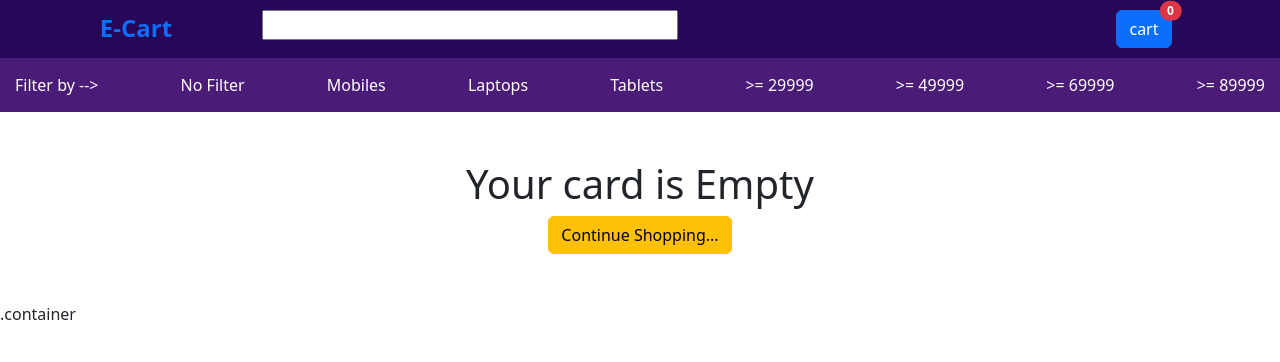
Repository: AMIT1439027/React-ECommerce-cart
Page: /cart
The author's editor kept a copy of each file at every save. The page is drawn from the files as they stood at one save, then again after a run of saves.
The browser window is 1280 px wide. The pictures show the whole page.
The project was rebuilt for these pictures with package versions that can differ from the ones it lists, and the page was loaded fresh each time. Also part of the build but not shown: vite.config.js, src/components/Product.jsx, src/components/ProductDetail.jsx, src/components/Searchitem.jsx.

Above is the page before, as saved 2024-03-14 10:46:06.

### index.html
<!doctype html>
<html lang="en">
  <head>
    <meta charset="UTF-8" />
    <link rel="icon" type="image/svg+xml" href="/vite.svg" />
    <meta name="viewport" content="width=device-width, initial-scale=1.0" />
    <title>React E-Cart</title>
    <link href="https://cdn.jsdelivr.net/npm/bootstrap@5.3.3/dist/css/bootstrap.min.css" rel="stylesheet" integrity="sha384-QWTKZyjpPEjISv5WaRU9OFeRpok6YctnYmDr5pNlyT2bRjXh0JMhjY6hW+ALEwIH" crossorigin="anonymous">
  </head>
  <body>
    <div id="root"></div>
    <script type="module" src="/src/main.jsx"></script>
  </body>
</html>

### src/App.jsx
import React, { useState } from "react";
import { BrowserRouter as Router, Routes, Route } from "react-router-dom";
import Navbar from "./components/Navbar";
import Product from "./components/Product";
import ProductDetail from "./components/ProductDetail";
import Searchitem from "./components/Searchitem";
import Cart from "./components/Cart";
import { items } from "./components/Data";

const App = () => {
  const [data, setData] = useState([...items]);
  const [cart, setCart] = useState([]);
  return (
    <>
      <Router>
        <Navbar cart={cart} setData={setData} />
        <Routes>
          <Route
            path="/"
            element={<Product cart={cart} setCart={setCart} items={data} />}
          />
          <Route path="/cart" element={<Cart cart={cart} setCart={setCart} />} />
          {/* Dynamic Routes  */}
          <Route path="/product/:id" element={<ProductDetail />} />
          <Route path="/search/:term" element={<Searchitem />} />
        </Routes>
      </Router>
    </>
  );
};

export default App;

### src/index.css
.nav-bar{
    display: flex;
    justify-content: space-between;
    background-color: #270858;
    padding: 10px;

    color: white;
}
.brand{
    font-weight: bolder;
    width: 20%;
    text-align: center;
    font-size: 1.5rem;
    text-decoration: none;
}

.search-bar{
    width: 60%;

}
.search-bar input{
    width: 55%;
    /* text-align: center; */
}

input::placeholder{
    padding: 10px;
    font-weight: bold;
}
.cart{
    width: 20%;
    text-align: center;
    font-weight: 1.5rem;
    text-decoration: none;
    color:white;
}
.nav-bar-wrapper{
    display: flex;
    justify-content: space-between;
    padding: 15px;
    background-color:#4b1b78;
    color:white

    /* font-weight: bold; */
}

.img{
    display: flex;
    justify-content: center;
    align-items:center ;

}

.img img{
    width: 350px;
    height: 350px;
}

.con{
    display: flex;
    justify-content: center;
    align-items:center;
    gap:4rem;

}

### src/components/Navbar.jsx
import React, { useState } from "react";
import { Link, useNavigate } from "react-router-dom";
import { items } from "./Data";

const Navbar = ({ setData , cart}) => {
 const [searchTerm, setSearchTerm] = useState(" ")
 const navigate = useNavigate();

  const filterByCategory = (category) => {
    const element = items.filter((product) => product.category === category);
    setData(element);
  };

  const filterByPrice = (price) =>{
    const element = items.filter((product)=>product.price >= price)
    setData(element)
  }

  const  handleSubmit = (e)=>{
    e.preventDefault();
    navigate(`/search/${searchTerm}`)
    setSearchTerm("")
  }
  return (
    <>
      <header className="sticky-top">
        <div className="nav-bar">
          <Link to={"/"} className="brand">
            E-Cart
          </Link>
          <form
          // onClick={handleSubmit}
          onSubmit={handleSubmit}
          className="search-bar">

            <input
            value={searchTerm}
            onChange={(e)=>setSearchTerm(e.target.value)}
            type="text"
            placeholder="Search Products"
            />
          </form>
          <Link to={"/cart"} className="cart">
          <button type="button" className="btn btn-primary position-relative">
 cart
  <span className="position-absolute top-0 start-100 translate-middle badge rounded-pill bg-danger">
    {cart.length}
    <span className="visually-hidden">unread messages</span>
  </span>
</button>
          </Link>
        </div>

        <div className="nav-bar-wrapper">
          <div className="items">Filter by -{"->"}</div>
          <div onClick={()=>setData(items)}
           className="items">No Filter</div>

          <div onClick={() => filterByCategory("mobiles")} className="items">
            Mobiles
          </div>
          <div onClick={() => filterByCategory("laptops")}
           className="items">Laptops</div>
          <div  onClick={() => filterByCategory("tablets")}
          className="items">Tablets</div>

          <div  onClick={()=>filterByPrice(29999)}
          className="items">{">="} 29999</div>
          <div onClick={()=>filterByPrice(49999)}
          className="items">{">="} 49999</div>
          <div onClick={()=>filterByPrice(69999)}
          className="items">{">="} 69999</div>
          <div onClick={()=>filterByPrice(89999)}
          className="items">{">="} 89999</div>
        </div>
      </header>
    </>
  );
};

export default Navbar;

### src/components/Cart.jsx
import React from "react";
import { Link } from "react-router-dom";

const Cart = ({ cart, setCart }) => {
  return (
    <>
      <div className="container my-5" style={{ width: "54%" }}>
        {cart.length == 0 ? (
          <>
            <div className="text-center">
              <h1>Your card is Empty</h1>
              <Link to={"/"} className="btn btn-warning">Continue Shopping...</Link>
            </div>
          </>
        ) : (
          cart.map((product) => {
            return (
              <>
                <div className="card mb-3 my-5" style={{ width: "700px" }}>
                  <div className="row g-0">
                    <div className="col-md-4">
                      <img
                        src={product.imgSrc}
                        className="img-fluid rounded-start"
                        alt="..."
                      />
                    </div>
                    <div className="col-md-8">
                      <div className="card-body text-center ">
                        <h5 className="card-title">{product.title}</h5>
                        <p className="card-text">{product.description}</p>
                        <button className="btn btn-primary mx-3">
                          {product.price} ₹
                        </button>
                        <button className="btn btn-warning">Buy Now</button>
                      </div>
                    </div>
                  </div>
                </div>
              </>
            );
          })
        )}
      </div>

      .container
    </>
  );
};

export default Cart;

### src/components/Data.jsx
export const items =  [
    {
      id: 1,
      category: 'mobiles',
      title: "Apple iPhone 14",
      imgSrc: 'https://m.media-amazon.com/images/I/71xb2xkN5qL._SL1500_.jpg',
      amazonLink: 'https://amzn.to/3PuckZp',
      description: 'Apple iPhone 14 (128 GB) - Blue',
      price: '89999',
    },
    {
      id: 5,
      category: 'laptops',
      title: "Xiaomi [Smartchoice] Notebookpro",
      imgSrc: 'https://m.media-amazon.com/images/I/71TPda7cwUL._SL1500_.jpg',
      amazonLink: 'https://amzn.to/3EzeQaC',
      description: 'Xiaomi [Smartchoice] Notebookpro ',
      price: '49999',
    },
    {
      id: 7,
      category: 'tablets',
      title: "Xiaomi Pad 6",
      imgSrc: 'https://m.media-amazon.com/images/I/51b9LjzmPCL._SL1080_.jpg',
      amazonLink: 'https://amzn.to/3ZeNRdY',
      description: 'Xiaomi Pad 6| Qualcomm Snapdragon 870| ',
      price: '29999',
    },
    {
      id: 2,
      category: 'mobiles',
      title: "Apple iPhone 11",
      imgSrc: 'https://m.media-amazon.com/images/I/71xb2xkN5qL._SL1500_.jpg',
      amazonLink: 'https://amzn.to/44MiYi6',
      description: 'Apple iPhone 11 (64GB) - White',
      price: '79999',
    },
    {
      id: 6,
      category: 'tablets',
      title: "Lenovo Tab P12 Pro AMOLED",
      imgSrc: 'https://m.media-amazon.com/images/I/51b9LjzmPCL._SL1080_.jpg',
      amazonLink: 'https://amzn.to/3RabsdH',
      description: 'Lenovo Tab P12 Pro AMOLED (12.6 inch (32 cm), 8 GB, 256 GB, Wi-fi Only), Storm Grey with Precision Pen 3',
      price: '19999',
    },
    {
      id: 3,
      category: 'mobiles',
      title: "Apple iPhone 13",
      imgSrc: 'https://m.media-amazon.com/images/I/71xb2xkN5qL._SL1500_.jpg',
      amazonLink: 'https://amzn.to/3r6XJtv',
      description: 'Apple iPhone 13 (128GB) - Blue',
      price: '69999',
    },
    {
      id: 4,
      category: 'laptops',
      title: "Lenovo IdeaPad Slim 5 ",
      imgSrc: 'https://m.media-amazon.com/images/I/71TPda7cwUL._SL1500_.jpg',
      amazonLink: 'https://amzn.to/44JsK4r',
      description: 'Lenovo IdeaPad Slim 5 Intel Core i5 12450H 14" (35.5cm) ',
      price: '29999',
    },
    {
      id: 9,
      category: 'tablets',
      title: "Samsung Galaxy Tab A8",
      imgSrc: 'https://m.media-amazon.com/images/I/51b9LjzmPCL._SL1080_.jpg',
      amazonLink: 'https://amzn.to/3Pdsh4F',
      description: 'Samsung Galaxy Tab A8 26.69cm (10.5 inch) Display, RAM 4 GB, ROM 64 GB Expandable, Wi-Fi Tablet, Gray, (SM-X200NZAEINU)',
      price: '49999',
    },
    {
      id: 8,
      category: 'laptops',
      title: "Apple MacBook Air Laptop",
      imgSrc: 'https://m.media-amazon.com/images/I/71TPda7cwUL._SL1500_.jpg',
      amazonLink: 'https://amzn.to/3r9rvhm',
      description: 'Apple MacBook Air Laptop M1 chip, 13.3-inch/33.74 cm Retina Display, ',
      price: '89999',
    },


  ]

Loaded but not shown: src/main.jsx (common file)

After the next 3 saves:
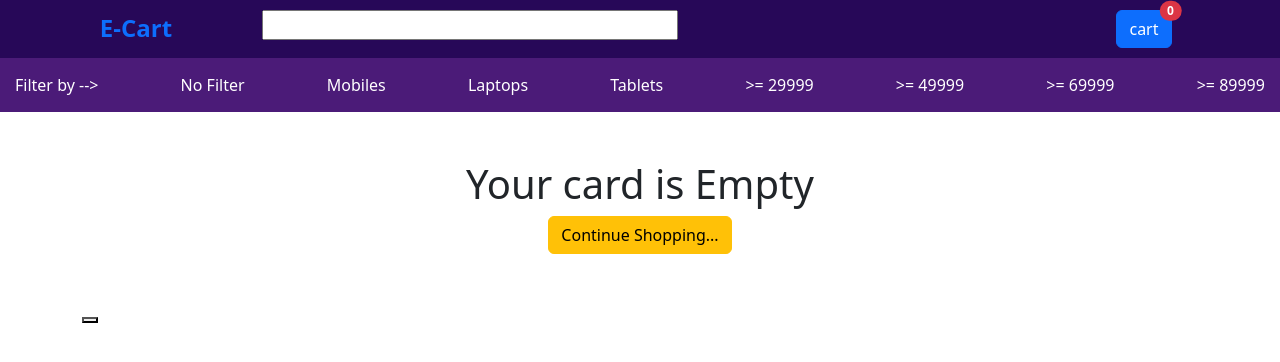
The 3 saves are shown as one change because they came seconds apart.
The last was saved 9 s later.
--- a/src/components/Cart.jsx
+++ b/src/components/Cart.jsx
@@ -43,7 +43,9 @@ const Cart = ({ cart, setCart }) => {
         )}
       </div>
 
-      .container
+      <div className="container">
+        <button></button>
+      </div>
     </>
   );
 };
